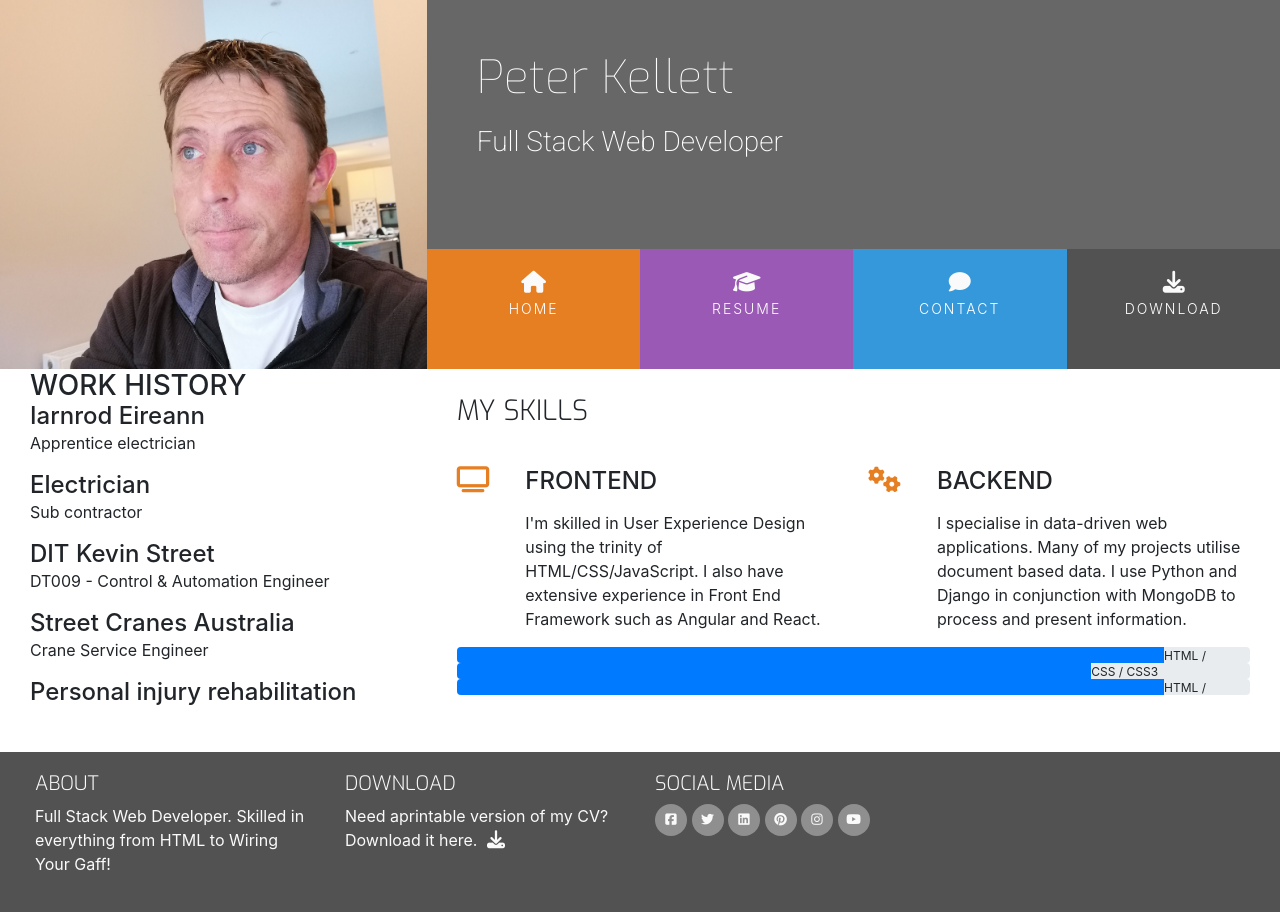
Repository: PeterKellett/resume-tutorial
Page: resume.html
The author's editor kept a record of every edit. The page is drawn from the files as they stood at one moment, then again after the next edit.
The browser window is 1280 px wide. The pictures show the whole page.
Some web libraries are served in a nearby version.

Above is the page before.

### resume.html
<!DOCTYPE html>
<html lang="en">

<head>
    <meta charset="UTF-8">
    <meta name="viewport" content="width=device-width, initial-scale=1.0">
    <meta http-equiv="X-UA-Compatible" content="ie=edge">
    <link rel="stylesheet" href="https://stackpath.bootstrapcdn.com/bootstrap/4.3.1/css/bootstrap.min.css" integrity="sha384-ggOyR0iXCbMQv3Xipma34MD+dH/1fQ784/j6cY/iJTQUOhcWr7x9JvoRxT2MZw1T" crossorigin="anonymous">
    <script src="https://kit.fontawesome.com/5522ae6586.js"></script>
    <link rel="stylesheet" href="https://cdnjs.cloudflare.com/ajax/libs/hover.css/2.3.1/css/hover-min.css" type="text/css" />
    <link rel="stylesheet" href="assets/css/style.css" type="text/css" />
    <title>CV Work History</title>
</head>
<!-------------------------------------------End </head>----------------------------------->

<!--------------------------------------=---Start <body>----------------------------------->

<body>
    <!--------------------------------------=---Start <header>----------------------------------->
    <header>
        <div class="row no-gutters">
            <a href="index.html" class="col-md-4 logo"></a>

            <div class="col-md-8">
                <div class="row no-gutters bg-color-name-title">
                    <div class="col heading">
                        <h1 class="name">Peter Kellett</h1>
                        <h2 class="title">Full Stack Web Developer</h2>
                    </div>
                </div>
                <div class="row no-gutters">
                    <div class="col">
                        <ul id="nav" class="list-inline menucontainer">
                            <li class="col-6 col-sm-3 ui-menu-color-home list-inline-item menuitem">
                                <a href="#" class="hvr-sweep-to-bottom"><i class="fas fa-home" aria-hidde="true"></i><span>Home</span></a>
                            </li>
                            <li class="col-6 col-sm-3 ui-menu-color-resume list-inline-item menuitem">
                                <a href="#" class="hvr-sweep-to-bottom"><i class="fas fa-graduation-cap" aria-hidde="true"></i><span>Resume</span></a>
                            </li>
                            <li class="col-6 col-sm-3 ui-menu-color-contact list-inline-item menuitem">
                                <a href="#" class="hvr-sweep-to-bottom"><i class="fas fa-comment" aria-hidde="true"></i><span>Contact</span></a>
                            </li>
                            <li class="col-6 col-sm-3 ui-menu-color-download list-inline-item menuitem">
                                <a href="#" class="hvr-sweep-to-bottom"><i class="fas fa-download" aria-hidde="true"></i><span>Download</span></a>
                            </li>
                        </ul>
                    </div>
                </div>
            </div>
        </div>
    </header>
    <!-------------------------------------------End </header>----------------------------------->

    <!--------------------------------------=---Start <section>----------------------------------->

    <section class="container-fluid">
        <div class="row">
            <div class="col-md-4 bg-color-work-history section-column">
                <div class="row">
                    <div class="col-12">
                        <h3 class="history-heading uppercase">
                            Work History</h3>
                    </div>
                </div>
                <div class="timeline-item" data-dates="09/1992 - 09/1996">
                    <h4>Iarnrod Eireann</h4>
                    <p>Apprentice electrician</p>
                </div>
                <div class="timeline-item" data-dates="09/1996 - 10/2009">
                    <h4>Electrician</h4>
                    <p>Sub contractor</p>
                </div>
                <div class="timeline-item" data-dates="10/2009 - 05/2011">
                    <h4>DIT Kevin Street</h4>
                    <p>DT009 - Control & Automation Engineer</p>
                </div>
                <div class="timeline-item" data-dates="05/2011 - 10/2011">
                    <h4>Street Cranes Australia</h4>
                    <p>Crane Service Engineer</p>
                </div>
                <div class="timeline-item" data-dates="10/2011 - ">
                    <h4>Personal injury rehabilitation</h4>
                    <p></p>
                </div>
            </div>
            <div class="col-md-8 bg-color-three-reasons section-column">
                <div class="row">
                    <div class="col">
                        <h3 class="section-heading uppercase">My Skills</h3>
                    </div>
                </div>
                <div class="row">
                    <div class="col-10 offset-1 offset-sm-0 col-sm-4 col-md-6">
                        <div class="row">
                            <div class="col-2"><i class="three-reasons-icon fas fa-tv" aria-hidden="true"></i>
                            </div>
                            <div class="col-10">
                                <h4 class="three-reasons-heading uppercase">Frontend</h4>
                                <p>
                                    I'm skilled in User Experience Design using the trinity of HTML/CSS/JavaScript. I also have extensive experience in Front End Framework such as Angular and React.
                                </p>
                            </div>
                        </div>
                    </div>
                    <div class="col-10 offset-1 offset-sm-0 col-sm-4 col-md-6">
                        <div class="row">
                            <div class="col-2"><i class="three-reasons-icon fas fa-cogs" aria-hidden="true"></i>
                            </div>
                            <div class="col-10">
                                <h4 class="three-reasons-heading uppercase">Backend</h4>
                                <p>
                                    I specialise in data-driven web applications. Many of my projects utilise document based data. I use Python and Django in conjunction with MongoDB to process and present information. </p>
                            </div>
                        </div>
                    </div>
                </div>
                <div class="row">
                    <div class="col">
                        <div class="progress">
                            <div class="progress-bar" role="progressbar" aria-valuenow="90" aria-valuemin="0" aria-valuemax="100" style="width:90%;">
                                <span class="sr-only">90% complete</span>
                            </div>
                            <span class="progress-type">HTML / HTML5</span>
                        </div>
                    </div>
                </div>
                <div class="row">
                    <div class="col">
                        <div class="progress">
                            <div class="progress-bar" role="progressbar" aria-valuenow="80" aria-valuemin="0" aria-valuemax="100" style="width:80%;">
                                <span class="sr-only">80% complete</span>
                            </div>
                            <span class="progress-type">CSS / CSS3</span>
                        </div>
                    </div>
                </div>
                <div class="row">
                    <div class="col">
                        <div class="progress">
                            <div class="progress-bar" role="progressbar" aria-valuenow="90" aria-valuemin="0" aria-valuemax="100" style="width:90%;">
                                <span class="sr-only">90% complete</span>
                            </div>
                            <span class="progress-type">HTML / HTML5</span>
                        </div>
                    </div>
                </div>
            </div>
        </div>
    </section>
    <!-------------------------------------------End </section>----------------------------------->


    <!--------------------------------------=---Start <footer>----------------------------------->

    <footer class="container-fluid">
        <div id="footer-details" class="row">
            <div class="col-sm-3">
                <h5 class="uppercase general-sub">About</h5>
                <p class="inline-block">
                    Full Stack Web Developer. Skilled in everything from HTML to Wiring Your Gaff!
                </p>
            </div>
            <div class="col-sm-3">
                <h5 class="uppercase general-sub">Download</h5>
                <p class="inline-block">Need aprintable version of my CV? Download it here.
                    <a href="#" target="_blank" class="cv-pdf">
                    <i class="fas fa-download" aria-hidden="true"></i>
                    <span class="sr-only">Download link.</span>
                </a>
                </p>
            </div>
            <div class="col-sm-3">
                <h5 class="uppercase general-sub">Social Media</h5>
                <ul class="list-inline social-links">
                    <li class="list-inline-item">
                        <a target="_blank" href="#">
                            <i Class="fab fa-facebook-square" aria-hidden="true"></i>
                            <span class="sr-only">Facebook</span>
                        </a>
                    </li>
                    <li class="list-inline-item">
                        <a target="_blank" href="#">
                            <i Class="fab fa-twitter" aria-hidden="true"></i>
                            <span class="sr-only">Twitter</span>
                        </a>
                    </li>
                    <li class="list-inline-item">
                        <a target="_blank" href="#">
                            <i Class="fab fa-linkedin" aria-hidden="true"></i>
                            <span class="sr-only">LinkedIn</span>
                        </a>
                    </li>
                    <li class="list-inline-item">
                        <a target="_blank" href="#">
                            <i Class="fab fa-pinterest" aria-hidden="true"></i>
                            <span class="sr-only">Pinterest</span>
                        </a>
                    </li>
                    <li class="list-inline-item">
                        <a target="_blank" href="#">
                            <i Class="fab fa-instagram" aria-hidden="true"></i>
                            <span class="sr-only">Instagram</span>
                        </a>
                    </li>
                    <li class="list-inline-item">
                        <a target="_blank" href="#">
                            <i Class="fab fa-youtube" aria-hidden="true"></i>
                            <span class="sr-only">YouTube</span>
                        </a>
                    </li>

                </ul>
            </div>
        </div>
    </footer>
    <!-------------------------------------------End </footer>----------------------------------->

</body>
<!-------------------------------------------End </body>----------------------------------->

</html>

### assets/css/style.css
@import url('https://fonts.googleapis.com/css?family=Roboto:100,200,300,400,500,600,700|Exo:100,200,300,400,500,600,700');

/*------------------------------Colors-------------------------*/

.bg-color-name-title {
    background: #676767;

}

.bg-color-three-reasons {
    background-color: #fff;
}

.bg-color-personal-info {
    background-color: #f4f4f4;
}

.ui-menu-color-home {
    background-color: #e67e22;
}

.ui-menu-color-resume {
    background-color: #9b59b6;
}

.ui-menu-color-contact {
    background-color: #3498db;
}

.ui-menu-color-download {
    background-color: #525252;
}

/*------------------------------Special Paddings/margins/text-------------------------*/

h1,
h2,
h3,
h4 {
    margin: 0;
}

.uppercase {
    text-transform: uppercase;
}

.general-sub {
    font-family: "exo", sans-serif;
    font-weight: 300;
    color: #fafafa;
}

.inline-block {
    display: inline-block;
}

.row-table {
    display: table;
}

.section-column {
    display: table-cell;
    padding: 0 30px 30px;
    float: none;
}

.section-heading {
    font-family: "Exo", sans-serif;
    font-weight: 300;
    margin-top: 25px;
    margin-bottom: 40px;
}

/*------------------------------Heading-------------------------*/

header {
    margin: 0;
}

.heading {
    margin-left: 50px;
}

.logo {
    background: url("../images/IMG_20190807_202109.jpg");
    background-position: center;
    background-repeat: no-repeat;
    background-size: cover;
    min-height: 360px;
    transition: all .5s ease-in-out;
    -moz-transition: all .5s ease-in-out;
    -webkit-transition: all .5s ease-in-out;
    -o-transition: all .5s ease-in-out;
}

.name {
    font-family: "Exo", sans-serif;
    font-weight: 100;
    font-size: 46px;
    margin-top: 50px;
    color: #fff;
}

.title {
    font-family: "Roboto", sans-serif;
    font-weight: 200;
    font-size: 28px;
    margin-top: 20px;
    margin-bottom: 90px;
    color: #fff;
}

.list-inline-item:not(:last-child) {
    margin: 0;
}

.menucontainer {
    font-size: 0;
}

#nav {
    margin: 0;
}

#nav li {
    font-size: 14px;
    padding: 0;
}

.menuitem {
    height: 120px;
    text-align: center;
    padding: 0;
}

.menuitem a {
    width: 100%;
    text-decoration: none;
    color: #fff;
    height: 120px;
}

.menuitem a i {
    padding-top: 22px;
    display: block;
    color: #fafafa;
    font-size: 22px;
}

.menuitem span {
    display: block;
    width: 100%;
    padding-top: 5px;
    text-align: center;
    text-transform: uppercase;
    font-size: 14px;
    font-weight: 300;
    letter-spacing: 2px;
}

/*------------------------------Hover.css-------------------------*/

.hvr-sweep-to-bottom:before {
    background: rgba(0, 0, 0, 0.2);
    height: 120px;
}

/*------------------------------Footer-------------------------*/

footer {
    background-color: #525252;
    color: #fafafa;
    min-height: 120px;
    margin: 0;
}

.cv-pdf i {
    font-size: 18px;
    color: #fafafa;
    text-align: center;
    padding-left: 5px;
    transition: all 0.35s ease-in-out;
    -moz-transition: all 0.35s ease-in-out;
    -webkit-transition: all 0.35s ease-in-out;
    -o-transition: all 0.35s ease-in-out;
}

.cv-pdf i:hover {
    color: #e84610;
}

.social-links {
    padding-bottom: 15px;
}

.social-links li a i {
    width: 32px;
    height: 32px;
    padding: 12px 0;
    border-radius: 50%;
    font-size: 13px;
    line-height: 7px;
    text-align: center;
    color: #fafafa;
    background: #8f8f8f;
    transition: all 0.35s ease-in-out;
    -moz-transition: all 0.35s ease-in-out;
    -webkit-transition: all 0.35s ease-in-out;
    -o-transition: all 0.35s ease-in-out;
}

.social-links li a i:hover {
    background: #e84610;
}

#footer-details {
    padding: 20px;
}

/*------------------------------Three reasons-------------------------*/

.three-reasons-icon {
    font-size: 26px;
    color: #e67e22;
}

.three-reasons-heading {
    margin-bottom: 15px;

}

/*------------------------------Personal Info-------------------------*/

.personal-info-item {
    margin-bottom: 20px;
    display: block;
    clear: both;
}

.personal-info-item .key,
.personal-info-item .value {
    padding-right: 8px;
    display: inline-block;
}

.personal-info-item .key p,
.personal-info-item .value p {
    margin: 0;
}

.personal-info-item .key {
    width: 30%;
    margin-right: 21px;
    padding-top: 2px;
    vertical-align: top;
}

.personal-info-item .key p {
    font-weight: 700;
}

.personal-info-item .value {
    position: relative;
    width: 60%;
}

After the next edit:
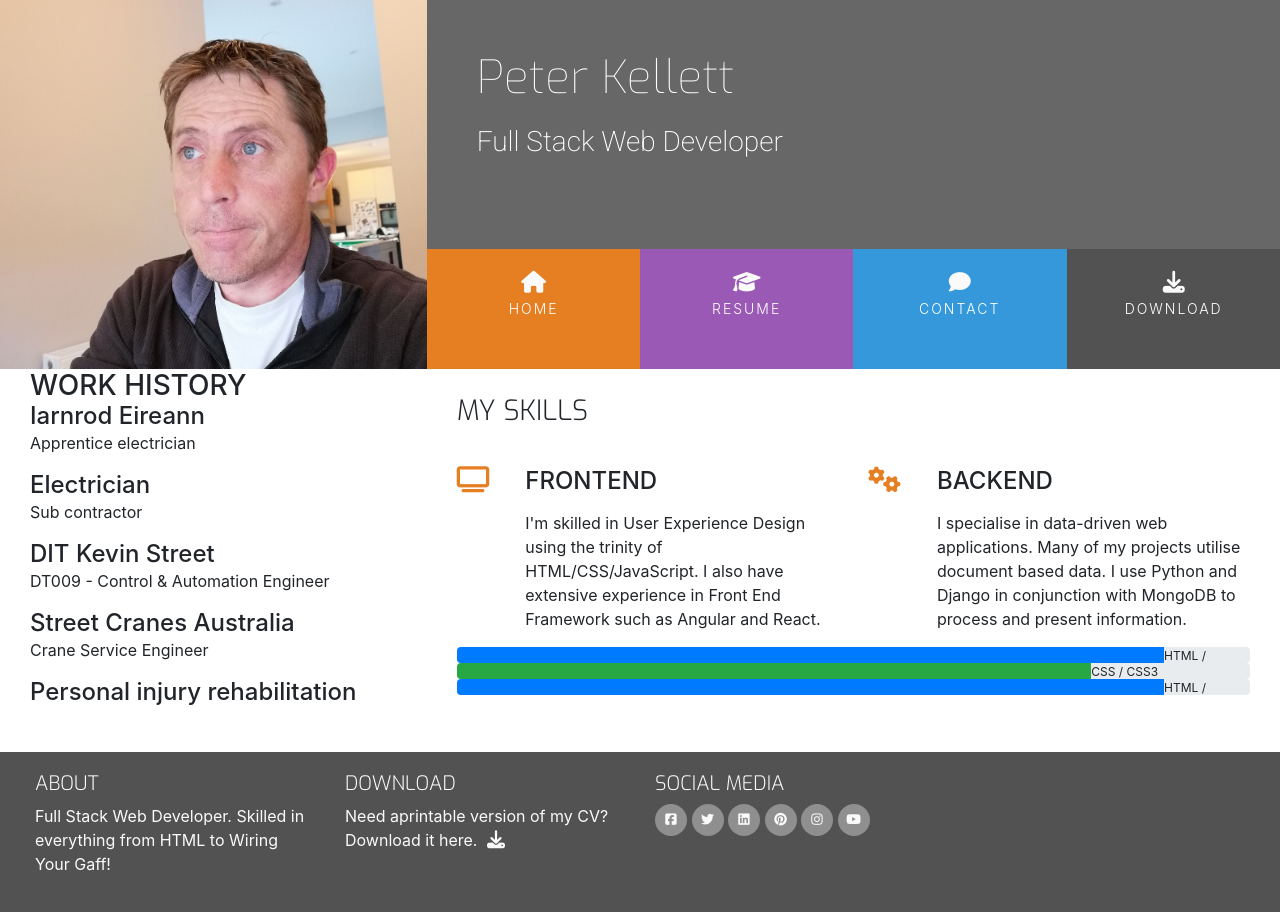
The edit:
--- a/resume.html
+++ b/resume.html
@@ -127,7 +127,7 @@
                 <div class="row">
                     <div class="col">
                         <div class="progress">
-                            <div class="progress-bar" role="progressbar" aria-valuenow="80" aria-valuemin="0" aria-valuemax="100" style="width:80%;">
+                            <div class="progress-bar bg-success" role="progressbar" aria-valuenow="80" aria-valuemin="0" aria-valuemax="100" style="width:80%;">
                                 <span class="sr-only">80% complete</span>
                             </div>
                             <span class="progress-type">CSS / CSS3</span>
